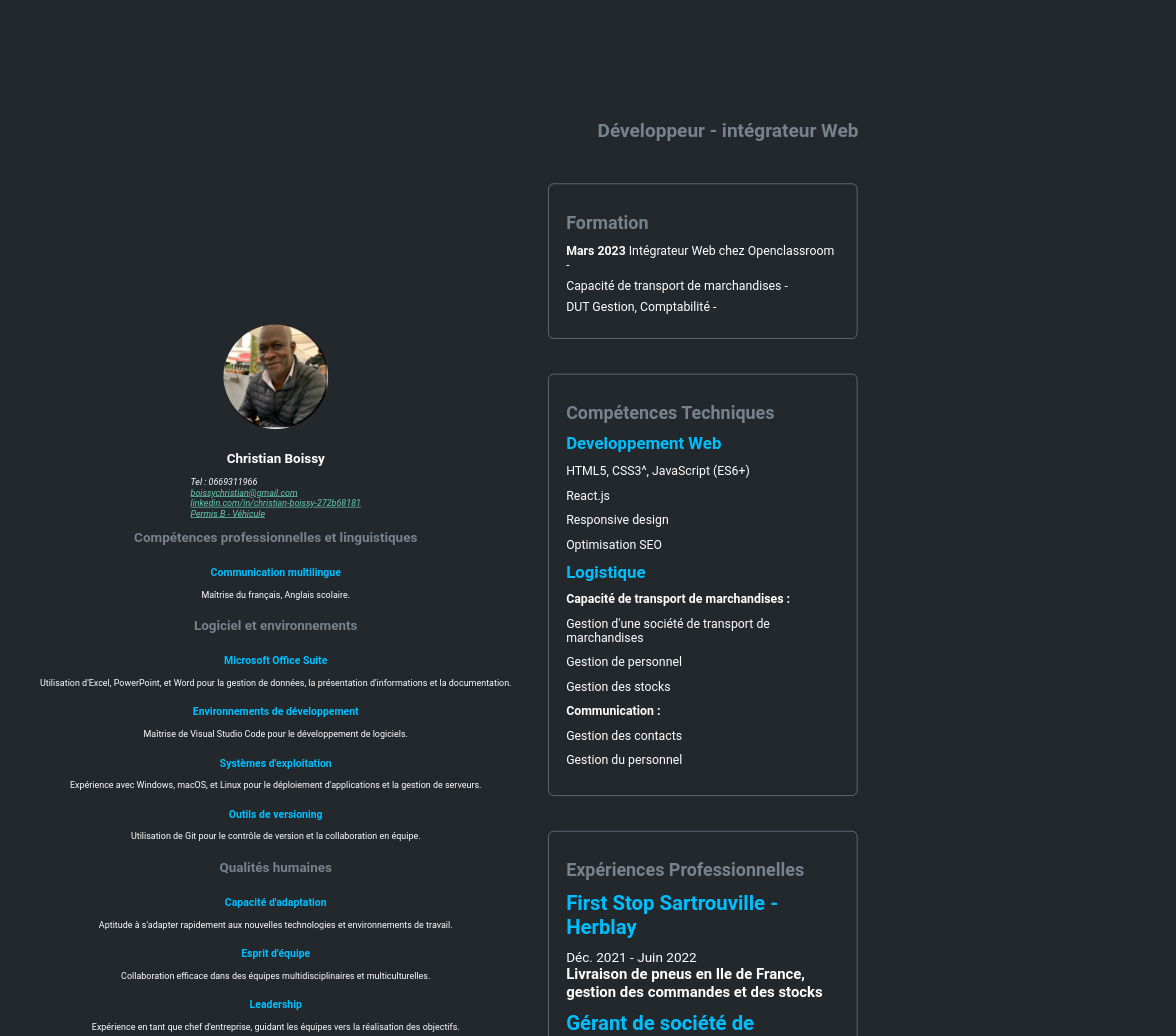
Repository: Christian121966/cv-logistique
Page: /
An editor plug-in stored every save of this project. The page is shown before and after a run of saves, followed by the edit.
The browser window is 1280 px wide. The page is 1680 px wide, so the pictures cover 1680 px, including what lies to the right of the window. The pictures show the part of the page from y = 0 to 1480 px (the page is 2067 px tall before and 2102 px after), at 70% of full size.
The project was rebuilt for these pictures with package versions that can differ from the ones it lists, and the page was loaded fresh each time.

Above is the page before, as saved 2024-07-27 19:00:42.

### public/index.html
<!DOCTYPE html>
<html lang="en">
  <head>
    <meta charset="utf-8" />
    <link rel="icon" href="%PUBLIC_URL%/favicon.ico" />
    <meta name="viewport" content="width=device-width, initial-scale=1" />
    <meta name="theme-color" content="#000000" />
    <meta name="description" content="Curriculum Vitae de Christian Boissy, développeur web front-end" />
    <meta name="keywords" content="Christian Boissy, CV, développeur front-end, React, Node.js, JavaScript" />
    <meta name="author" content="Christian Boissy" />

    <!-- Open Graph Meta Tags -->
    <meta property="og:title" content="CV de Christian Boissy" />
    <meta property="og:description" content="Curriculum Vitae de Christian Boissy, développeur web front-end" />
    <meta property="og:image" content="%PUBLIC_URL%/logo192.png" />
    <meta property="og:url" content="https://christian121966.github.io/cv-christian-boissy/" />
    <meta property="og:type" content="website" />

    <!-- Twitter Card Meta Tags -->
    <meta name="twitter:card" content="summary_large_image" />
    <meta name="twitter:title" content="CV de Christian Boissy" />
    <meta name="twitter:description" content="Curriculum Vitae de Christian Boissy, développeur web front-end" />
    <meta name="twitter:image" content="%PUBLIC_URL%/logo192.png" />

    <link rel="apple-touch-icon" href="%PUBLIC_URL%/logo192.png" />
    <link rel="manifest" href="%PUBLIC_URL%/manifest.json" />
    <title>CV-CHRISTIAN-BOISSY</title>

    <!-- Google Analytics -->
    <script async src="https://www.googletagmanager.com/gtag/js?id=G-K4EJ3NRTQS"></script>
    <script>
      window.dataLayer = window.dataLayer || [];
      function gtag(){dataLayer.push(arguments);}
      gtag('js', new Date());
      gtag('config', 'G-K4EJ3NRTQS');
    </script>
  </head>
  <body>
    <noscript>You need to enable JavaScript to run this app.</noscript>
    <div id="root"></div>
    <!--
      This HTML file is a template.
      If you open it directly in the browser, you will see an empty page.

      You can add webfonts, meta tags, or analytics to this file.
      The build step will place the bundled scripts into the <body> tag.

      To begin the development, run `npm start` or `yarn start`.
      To create a production bundle, use `npm run build` or `yarn build`.
    -->
  </body>
</html>

### src/index.js
import React from 'react';
import ReactDOM from 'react-dom/client';
import './index.css';
import App from './App';
import ReactGA from 'react-ga4';

ReactGA.initialize('G-K4EJ3NRTQS', {
  cookieFlags: 'SameSite=None; Secure'
});

ReactGA.send('pageview');

const root = ReactDOM.createRoot(document.getElementById('root'));
root.render(
  <React.StrictMode>
    <App />
  </React.StrictMode>
);

### src/App.js
import React from 'react';
import './App.css';
import Footer from './components/Footer';
import Section from './components/Section';
import Sidebar from './components/Sidebar';
import Formation from './components/Formation';
import CompetencesTechniques from './components/CompetencesTechniques';
import ExperiencesProfessionnelles from './components/ExperiencesProfessionnelles';

function App() {
  return (
    <div className="App">
      <header className="cv-title">
        <h1>Développeur - intégrateur Web</h1>
      </header>
      <div className="container">
        <Sidebar />
        <main>
          <div className="card">
            <Section title="Formation">
              <Formation />
            </Section>
          </div>
          <div className="card">
            <Section title="Compétences Techniques">
              <CompetencesTechniques />
            </Section>
          </div>
          <div className="card">
            <Section title="Expériences Professionnelles">
              <ExperiencesProfessionnelles />
            </Section>
          </div>
        </main>
      </div>
      <Footer />
    </div>
  );
}

export default App;

### src/App.css
@charset "UTF-8";
/* Variables de couleurs */
/* Mixins */
*,
*::before,
*::after {
  box-sizing: border-box;
  margin: 0;
  padding: 0;
}

body {
  background-color: rgb(35, 40, 45);
  color: rgb(255, 255, 255);
  font-family: "Roboto", sans-serif;
  padding: 0;
  margin: 0;
  overflow-x: hidden;
  overflow-y: auto;
}
body header.cv-title {
  display: flex;
  justify-content: center;
  position: relative;
  top: 185px;
  left: 0;
  margin-bottom: 2px;
}
body header.cv-title h1 {
  color: rgb(120, 130, 140);
  font-size: 1em;
}
body .container {
  display: flex;
  flex-direction: column;
  padding: 10px;
}
body .container .container {
  display: flex;
  flex-direction: column;
  padding: 10px;
}
body .container .sidebar {
  width: 100%;
  font-size: 0.8em;
  display: flex;
  flex-direction: column;
  justify-content: center;
  align-items: center;
  padding: 2px;
}
body .container .sidebar h2 {
  font-size: 1.5em;
  text-align: center;
  margin: 15px 0 15px 0;
  color: rgb(120, 130, 140);
}
body .container .sidebar .profile-photo {
  width: 150px;
  height: 150px;
  border-radius: 50%;
  margin-bottom: 30px;
  cursor: pointer;
  transition: width 0.3s ease, height 0.3s ease;
}
body .container .sidebar .profile-photo:hover {
  width: 360px;
  height: 360px;
  border-radius: 50%;
  margin-bottom: 30px;
}
body .container .sidebar address {
  margin-top: 15px;
}
body .container .sidebar address a {
  color: mediumaquamarine;
}
body .container .sidebar ul {
  list-style-type: none;
  text-align: center;
}
body .container .sidebar ul h3 {
  margin: 15px 0 15px 0;
  color: deepskyblue;
}
body .container .sidebar ul li {
  display: flex;
  flex-direction: column;
  margin-bottom: 10px;
  overflow-y: auto;
}
body .container .sidebar ul li li > span {
  display: block; /* Assurez-vous que span est affiché comme bloc */
  text-align: center; /* Exemple de centrage de span */
  color: #777; /* Exemple de couleur de texte */
}
body main {
  margin: 0;
}
body section h2 {
  font-size: 1.2em;
  margin: 15px 0 15px 0;
}
body .card {
  margin: 5px;
  padding: 10px;
  background: rgb(35, 40, 45);
  border: 1px solid rgb(120, 130, 140);
  border-radius: 8px;
}
body .card div, body .card ul {
  font-size: 0.9em;
  list-style-type: none;
  margin-bottom: 10px;
}
body .card h2 {
  color: rgb(120, 130, 140);
}
body .card h3 {
  font-size: 1.1em;
  margin: 15px 0 15px 0;
  color: deepskyblue;
}
body li {
  margin-bottom: 15px;
}
body p {
  font-size: 1em;
}
body footer p {
  font-size: 0.6em;
  display: flex;
  justify-content: center;
  text-align: center;
}

/* Pour les écrans de 320px à 425px */
@media screen and (max-width: 425px) {
  body header.cv-title {
    position: relative;
    top: 190px;
    left: 0;
    margin-bottom: 2px;
    text-align: center;
  }
  body header.cv-title h1 {
    color: rgb(120, 130, 140);
    font-size: 1.2em;
  }
  body .container {
    display: flex;
    flex-direction: column;
    padding: 10px;
  }
  body .sidebar {
    width: 100%;
    font-size: 0.8em;
    display: flex;
    flex-direction: column;
    justify-content: center;
    align-items: center;
    padding: 2px;
  }
  body .sidebar h2 {
    font-size: 1.1em;
    text-align: center;
    margin: 15px 0;
    color: rgb(120, 130, 140);
  }
  body .sidebar .profile-photo {
    width: 150px;
    height: 150px;
    border-radius: 50%;
    margin-bottom: 30px;
  }
  body .sidebar address {
    margin-top: 0;
  }
  body .sidebar address a {
    color: mediumaquamarine;
  }
  body .sidebar ul {
    list-style-type: none;
  }
  body .sidebar ul h3 {
    margin: 15px 0;
    color: deepskyblue;
    text-align: center;
  }
  body .sidebar ul li {
    margin-bottom: 10px;
    text-align: center;
  }
  body .sidebar ul li span {
    display: block;
    color: #ccc;
  }
  body main {
    margin: 0;
    padding: 15px;
  }
  body section h2 {
    font-size: 1.3em;
    margin: 15px 0;
  }
  body .card {
    margin: 10px;
    padding: 12px;
    background: rgb(35, 40, 45);
    border: 1px solid rgb(120, 130, 140);
    border-radius: 8px;
  }
  body .card div, body .card ul {
    font-size: 0.9em;
    list-style-type: none;
  }
  body .card h3 {
    font-size: 1.2em;
    margin: 15px 0;
    color: deepskyblue;
  }
  body p {
    font-size: 1em;
  }
  body footer p {
    font-size: 0.8em;
    display: flex;
    justify-content: center;
    text-align: center;
    margin: 10px;
  }
}
/* Pour les écrans de 768px et plus */
@media screen and (min-width: 768px) {
  body header.cv-title {
    top: 140px;
    left: 160px;
    margin-bottom: 20px;
  }
  body header.cv-title h1 {
    font-size: 1.5em;
  }
  body .container {
    display: flex;
    flex-direction: row;
    padding: 25px;
  }
  body .sidebar {
    width: 35%;
    font-size: 1.1em;
    padding: 15px;
    display: flex;
    flex-direction: column;
    justify-content: flex-start;
    align-items: center;
  }
  body .sidebar .profile-photo {
    width: 180px;
    height: 180px;
  }
  body .sidebar h2 {
    font-size: 1.3em;
  }
  body main {
    width: 65%;
    padding: 0 25px;
    display: flex;
    flex-direction: column;
    margin-top: 150px;
  }
  body section h2 {
    font-size: 1.5em;
  }
  body .card {
    margin: 20px 0;
    padding: 20px;
    background: rgb(35, 40, 45);
    border: 1px solid rgb(120, 130, 140);
    border-radius: 8px;
  }
  body .card div, body .card ul {
    font-size: 0.9em;
  }
  body .card h3 {
    font-size: 1.4em;
  }
  body p {
    font-size: 0.9em;
  }
  footer {
    display: flex;
    justify-content: center;
    align-items: center;
    margin-top: 20px;
  }
  footer p {
    font-size: 0.8em;
  }
}
/* Pour les écrans de 1024px et plus */
@media screen and (min-width: 1024px) {
  body header.cv-title {
    top: 170px;
    left: 400px;
    margin-bottom: 25px;
    overflow-y: hidden;
    overflow-x: hidden;
  }
  body header.cv-title h1 {
    font-size: 1.7em;
  }
  body .container {
    padding: 30px;
  }
  body .sidebar {
    width: 35%;
    font-size: 1.2em;
    padding: 20px;
  }
  body .sidebar .profile-photo {
    width: 190px;
    height: 190px;
  }
  body .sidebar h2 {
    font-size: 1.4em;
  }
  body section h2 {
    font-size: 1.6em;
  }
  body .card {
    margin: 25px 0;
    padding: 25px;
  }
  body .card div, body .card ul {
    font-size: 1.1em;
  }
  body .card h3 {
    font-size: 1.5em;
  }
  body p {
    font-size: 1em;
  }
}/*# sourceMappingURL=App_20240721023703.css.map */

### src/components/Footer.js
import React from 'react';

const Footer = () => {
  return (
    <footer>
      <p>© 2024 Christian Boissy. Tous droits réservés.</p>
    </footer>
  );
};

export default Footer;

### src/components/Section.js
import React from 'react';

const Section = ({ title, children }) => {
  return (
    <section>
      <h2>{title}</h2>
      {children}
    </section>
  );
};

export default Section;

### src/components/Sidebar.js
import React from 'react';
import ReactGA from 'react-ga4';

function handleEmailClick() {
  ReactGA.event({
    category: 'User',
    action: 'Clicked on Email Link',
    label: 'Email'
  });
}

function handleLinkedInClick() {
  ReactGA.event({
    category: 'User',
    action: 'Clicked on LinkedIn Link',
    label: 'LinkedIn'
  });
}

const Sidebar = () => {
  return (
    <aside className="sidebar">
      <img src={`${process.env.PUBLIC_URL}/images/Chris.png`} alt="Chris" className="profile-photo" />
      <h1>Christian Boissy</h1>
      <address>
        Tel : 0669311966<br />
        <a href="mailto:boissychristian@gmail.com" onClick={handleEmailClick}>boissychristian@gmail.com</a><br />
        <a href="https://linkedin.com/in/christian-boissy-272b68181" target="_blank" rel="noopener noreferrer" onClick={handleLinkedInClick}>
          linkedin.com/in/christian-boissy-272b68181
          <p>Permis B - Véhicule</p>
        </a>
      </address>
      <h2>Compétences professionnelles et linguistiques</h2>
      <ul>
        <li>
          <h3>Communication multilingue</h3>
          <span>Maîtrise du français, Anglais scolaire.</span>
        </li>
      </ul>
      <h2>Logiciel et environnements</h2>
      <ul>
        <li>
          <h3>Microsoft Office Suite</h3>
          <span>Utilisation d'Excel, PowerPoint, et Word pour la gestion de données, la présentation d'informations et la documentation.</span>
        </li>
        <li>
          <h3>Environnements de développement</h3>
          <span>Maîtrise de Visual Studio Code pour le développement de logiciels.</span>
        </li>
        <li>
          <h3>Systèmes d'exploitation</h3>
          <span>Expérience avec Windows, macOS, et Linux pour le déploiement d'applications et la gestion de serveurs.</span>
        </li>
        <li>
          <h3>Outils de versioning</h3>
          <span>Utilisation de Git pour le contrôle de version et la collaboration en équipe.</span>
        </li>
      </ul>
      <h2>Qualités humaines</h2>
      <ul>
        <li>
          <h3>Capacité d'adaptation</h3>
          <span>Aptitude à s'adapter rapidement aux nouvelles technologies et environnements de travail.</span>
        </li>
        <li>
          <h3>Esprit d'équipe</h3>
          <span>Collaboration efficace dans des équipes multidisciplinaires et multiculturelles.</span>
        </li>
        <li>
          <h3>Leadership</h3>
          <span>Expérience en tant que chef d'entreprise, guidant les équipes vers la réalisation des objectifs.</span>
        </li>
        <li>
          <h3>Résolution de problèmes</h3>
          <span>Compétence avérée dans l'identification et la résolution de problèmes complexes de manière créative et efficace.</span>
        </li>
        <li>
          <h3>Empathie</h3>
          <span>Forte capacité à comprendre et à répondre aux besoins des clients et des collègues.</span>
        </li>
      </ul>
    </aside>
  );
};

export default Sidebar;

### src/components/Formation.js
import React from 'react';
import cvData from '../data/cvData';

function Formation() {
  return (
    <>
      {cvData.formation.map((item, index) => (
        <div key={index}>
          <strong>{item.date}</strong> {item.title} - {item.details}
        </div>
      ))}
    </>
  );
}

export default Formation;

### src/components/CompetencesTechniques.js
import React from 'react';
import cvData from '../data/cvData';

function CompetencesTechniques() {
  // Liste des éléments à mettre en gras
  const boldItems = [
    "Developpement Web",
    "Logistique",
    "Capacité de transport de marchandises",
    "CACES 1, 2, 3 & 5",
    "Communication"
  ];

  // Fonction pour vérifier si l'élément doit être en gras
  const isBold = (item) => {
    return boldItems.some(boldItem => item.includes(boldItem));
  };

  return (
    <>
      <h3>Developpement Web</h3>
      <ul>
        {cvData.competences.developpementWeb.map((item, index) => (
          <li key={index}>
            {isBold(item) ? <strong>{item}</strong> : item}
          </li>
        ))}
      </ul>
      <h3>Logistique</h3>
      <ul>
        {cvData.competences.logistique.map((item, index) => (
          <li key={index}>
            {isBold(item) ? <strong>{item}</strong> : item}
          </li>
        ))}
      </ul>
      {/* <h3>Communication</h3>
      <ul>
        {cvData.competences.communication.map((item, index) => (
          <li key={index}>
            {isBold(item) ? <strong>{item}</strong> : item}
          </li>
        ))}
      </ul> */}
    </>
  );
}

export default CompetencesTechniques;

### src/components/ExperiencesProfessionnelles.js
import React from 'react';
import cvData from '../data/cvData';

function ExperiencesProfessionnelles() {
  // Vérifiez que cvData.experiences est défini et qu'il s'agit d'un tableau
  if (!cvData.experiences || !Array.isArray(cvData.experiences)) {
    return <div>Aucune expérience professionnelle disponible.</div>;
  }

  return (
    <div>
      {cvData.experiences.map((exp, index) => (
        <div key={index}>
          <h3>{exp.title}</h3>
          <p>{exp.date}</p>
          {exp.details && exp.details.map((detail, idx) => (
            typeof detail === 'string' ?
              <p key={idx}>{detail}</p> :
              <div key={idx}>
                <strong>{detail.highlight}</strong>
                {detail.list ? <ul>{detail.list.map((item, itemIdx) => <li key={itemIdx}>{item}</li>)}</ul> : <p>{detail.description}</p>}
              </div>
          ))}
          {/* Si exp.details n'est pas défini, affichez un message ou laissez vide */}
          {!exp.details && <p></p>}
        </div>
      ))}
    </div>
  );
}

export default ExperiencesProfessionnelles;

### src/data/cvData.js
const cvData = {
    formation: [
      {
        date: "Mars 2023",
        title: "Intégrateur Web chez Openclassroom",
        /*details: "HTML/CSS - JavaScript - React - Redux - MongoDB - Git - GitHub - Responsive design"*/
      },
      {
        title: "Capacité de transport de marchandises",
      },
      {
        title: "DUT Gestion, Comptabilité"
      }
    ],
    competences: {
      developpementWeb: [
        "HTML5, CSS3^, JavaScript (ES6+)",
        "React.js",
        "Responsive design",
        "Optimisation SEO"
      ],
      logistique: [

        "Capacité de transport de marchandises :",
        "Gestion d'une société de transport de marchandises",
        "Gestion de personnel",
        "Gestion des stocks",
        "Communication :",
        "Gestion des contacts",
        "Gestion du personnel"
      ]
    },
    experiences: [
      {
        date: "Déc. 2021 - Juin 2022",
        title: "First Stop Sartrouville - Herblay",
        details: [
          { highlight: "Livraison de pneus en Ile de France, gestion des commandes et des stocks" },
        ]
      },
      {
        date: "2007 - 2021",
        title: "Gérant de société de transport - Paris",
        details: [
          { highlight: "Livraison de colis en partenariat avec Colisweb"},
          { highlight: "Livraison avec SVP"},
          { highlight: "Livraison avec CG Courses"}
        ]
      },
      {
        date: "1999 - 2007",
        title: "Cariste gestionnaire de stocks - Rougier Panneaux - Gennevilliers",
        details: [
          { highlight: "Chargement et déchargemement de colis de panneaux de bois"},
          { highlight: "Gestion du stock"},
          { highlight: "Préparation des commandes"}
        ]
      }
    ]
  };

  export default cvData;

Loaded but not shown: src/index.css (common file)

After the next 3 saves:
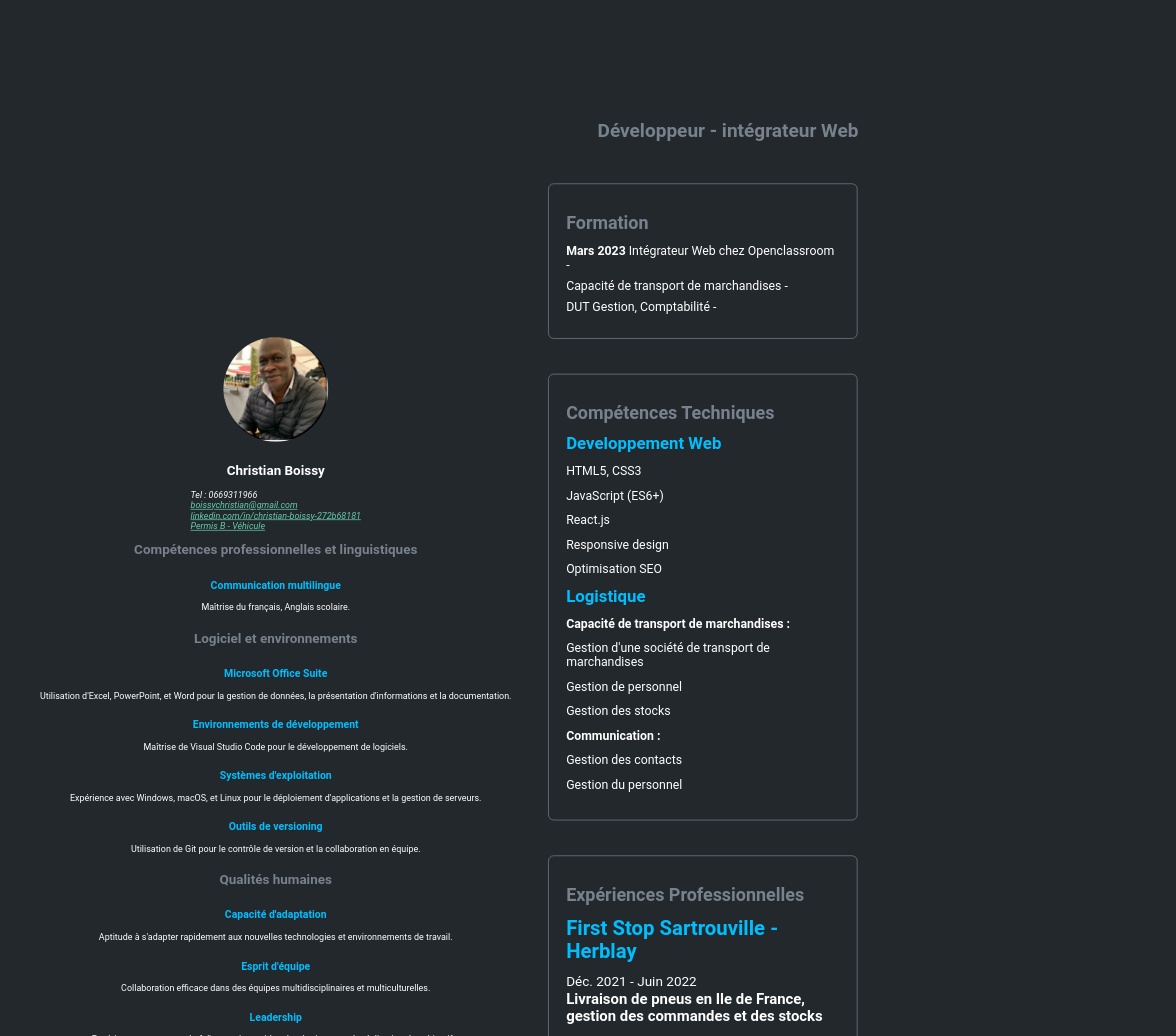
The 3 saves are shown as one change because 1 did not build or start and some came seconds apart.
The last was saved 26 s later.
--- a/src/data/cvData.js
+++ b/src/data/cvData.js
@@ -14,7 +14,8 @@ const cvData = {
     ],
     competences: {
       developpementWeb: [
-        "HTML5, CSS3^, JavaScript (ES6+)",
+        "HTML5, CSS3",
+        "JavaScript (ES6+)",
         "React.js",
         "Responsive design",
         "Optimisation SEO"
